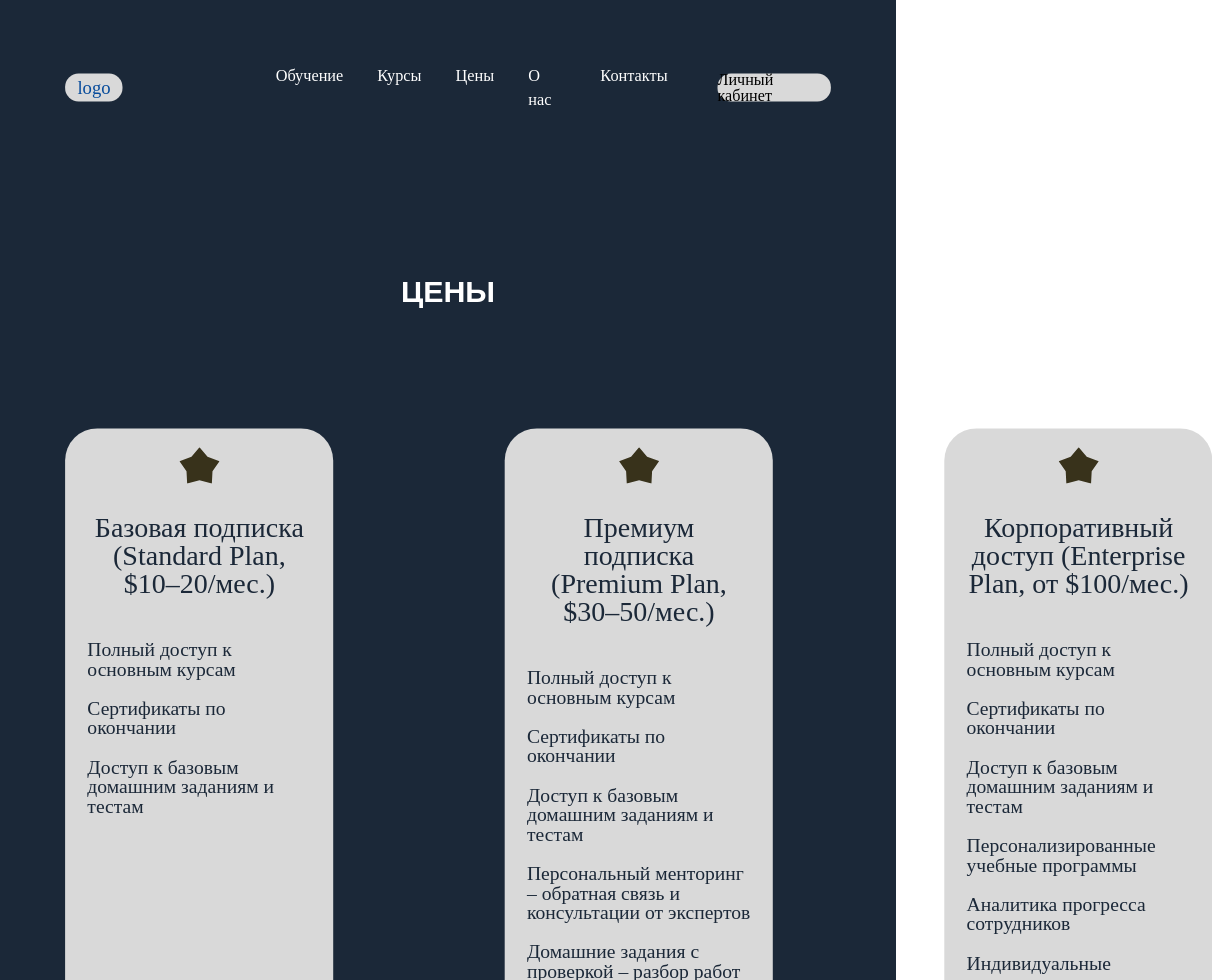
Repository: marjango/course
Page: /pricepage
These files come from the project's save history. The page is drawn as it stood at one moment and after the next save; the edit follows.
The browser window is 1280 px wide. The page is 1732 px wide, then 1280 px, then 1732 px, so the pictures cover 1732 px, including what lies to the right of the window. The pictures show the part of the page from y = 0 to 1400 px (the page is 2405 px tall before and 1818 px after), at 70% of full size.
The project was rebuilt for these pictures with package versions that can differ from the ones it lists, and the page was loaded fresh each time. The framework's server and built-in components were replaced by stand-ins that run in the browser. Also part of the build but not shown: next.config.ts.

Above is the page before, as saved 2025-03-26 21:31:26.

After the next save:
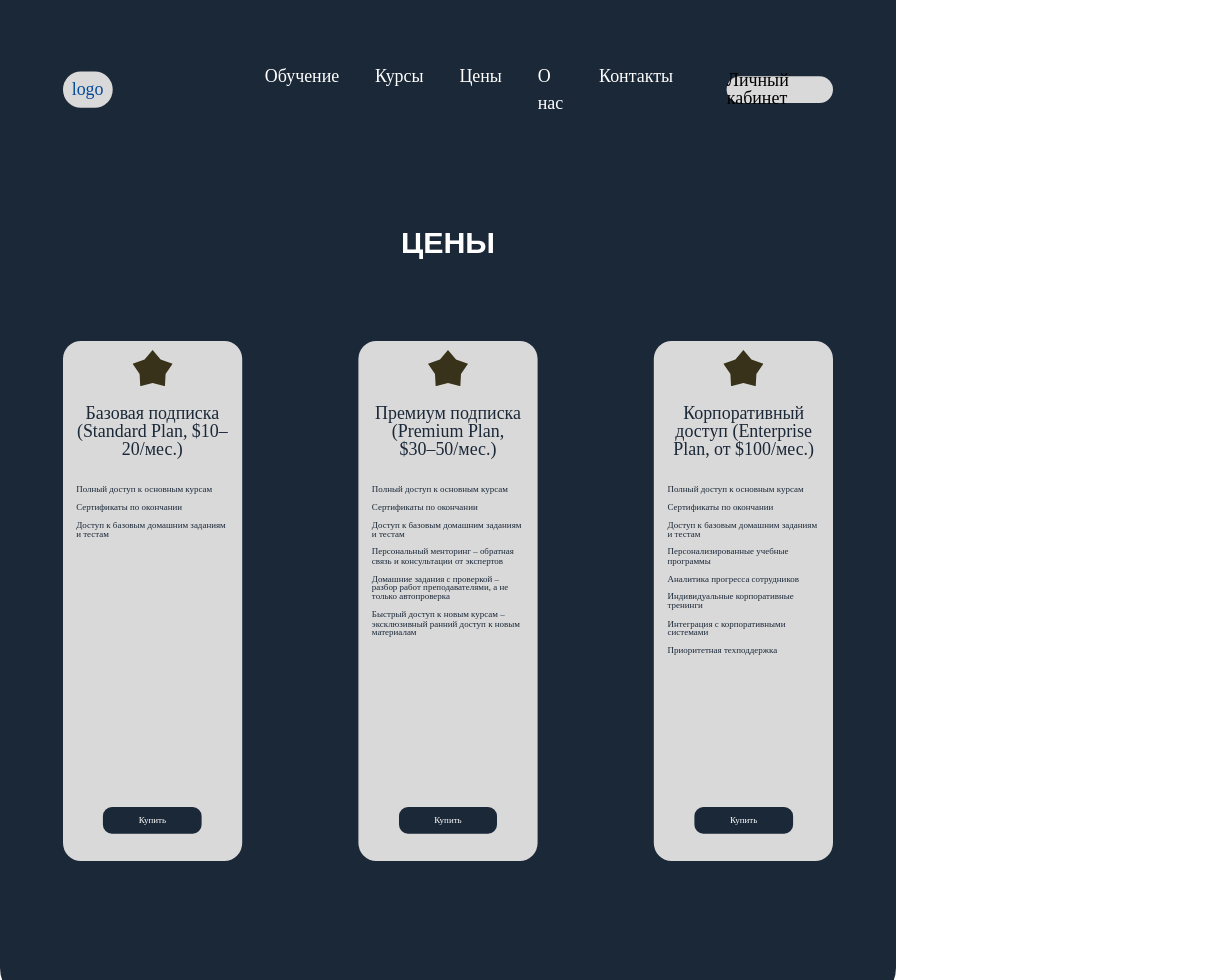
Saved 119 s later.
--- a/app/pricepage/price.module.css
+++ b/app/pricepage/price.module.css
@@ -1,18 +1,18 @@
 .pricepage {
     width: 100%;
     height: auto;
-    padding: 7.03vw 7.29vw 300px 7.29vw;
+    padding: 7vw 7vw 16vw 7vw;
     background-color: #1b2838;
     display: flex;
     flex-direction: column;
     align-items: center;
     color: white;
-    border-bottom-right-radius: 4.17vw;
-    border-bottom-left-radius: 4.17vw;
+    border-bottom-right-radius: 4vw;
+    border-bottom-left-radius: 4vw;
 }
 .pricepage h1 {
-    margin-top: 230px;
-    margin-bottom: 170px;
+    margin-top: 12vw;
+    margin-bottom: 9vw;
 }
 .headerContainer {
     background: transparent;
@@ -23,89 +23,89 @@
   }
 
   .logo {
-    padding: 0.52vw 1.35vw;
+    padding: 1vw 1vw;
     background-color: #d9d9d9;
     border: none;
-    border-radius: 1.51vw;
+    border-radius: 2vw;
     color: #064b9b;
-    font-size: 2.08vw;
-    line-height: 2.08vw;
+    font-size: 2vw;
+    line-height: 2vw;
     font-weight: 300;
   }
 
   .nav {
-    margin-left: 17.08vw;
+    margin-left: 17vw;
     justify-self: center;
-    font-size: 1.82vw;
+    font-size: 2vw;
     font-weight: 300;
     display: flex;
-    gap: 3.8vw;
+    gap: 4vw;
   }
 
   .personal {
-    margin-left: 5.57vw;
+    margin-left: 6vw;
     background-color: #d9d9d9;
-    width: 12.66vw;
-    height: 3.13vw;
+    width: 13vw;
+    height: 3vw;
     display: flex;
     justify-content: center;
     align-items: center;
     border: none;
-    border-radius: 1.51vw;
+    border-radius: 2vw;
     color: black;
-    font-size: 1.8vw;
-    line-height: 1.8vw;
+    font-size: 2vw;
+    line-height: 2vw;
     font-weight: 300;
   }
 
 .columns {
     margin: 0 auto;
     display: flex;
-    gap: 245px;
+    gap: 13vw;
 }
 .column {
     background-color: #D9D9D9;
-    border-radius: 46px;
+    border-radius: 2vw;
     display: flex;
     flex-direction: column;
     align-items: center;
-    width: 383px;
-    height: 1114px;
+    width: 20vw;
+    height: 58vw;
     color: #1b2838;
     position: relative;
 }
 .column img {
-    margin-top: 27px;
-    margin-bottom: 43px;
+    margin-top: 1vw;
+    margin-bottom: 2vw;
 }
 
 .column h3 {
-    font-size: 40px;
-    line-height: 40px;
+    font-size: 2vw;
+    line-height: 2vw;
     font-weight: 300;
     text-align: center;
-    max-width: 320px;
+    max-width: 17vw;
 }
 .column ul{
-    max-width: 320px;
-    font-size: 28px;
-    line-height: 28px;
-    margin-top: 60px;
+    max-width: 17vw;
+    font-size: 1vw;
+    line-height: 1vw;
+    margin-top: 3vw;
 }
 .column button {
     position: absolute;
-    width: 203px;
-    height: 63px;
+    width: 11vw;
+    height: 3vw;
     background-color: #1b2838;
     color: white;
-    font-size: 28px;
+    font-size: 1vw;
     border: none;
-    border-radius: 14px;
-    bottom: 60px;
+    border-radius: 1vw;
+    bottom: 3vw;
 }
 
 .white-footer {
-    padding: 6.51vw 8.28vw 4.79vw 7.97vw;
+    padding: 7vw 8vw 5vw 8vw;
     width: 100%;
     height: auto;
     background-color: white;
@@ -115,14 +115,14 @@
     grid-template-columns: 1fr 1fr;
     grid-template-rows: 1fr 1fr;
     position: relative;
-    height: 18.33vw;
+    height: 18vw;
   }
   .item {
     position: absolute;
   }
   .item p {
-    font-size: 1.67vw;
-    line-height: 1.67vw;
+    font-size: 2vw;
+    line-height: 2vw;
     font-weight: 300;
     color: #1b2838;
   }
@@ -134,7 +134,7 @@
   .item:nth-child(2) {
     top: 0;
     right: 0;
-    margin-top: 3.44vw;
+    margin-top: 3vw;
   }
   .item:nth-child(3) {
     bottom: 0;
@@ -151,16 +151,16 @@
     background-position: center;
     background-repeat: no-repeat;
     width: 23vw;
-    height: 11.51vw;
+    height: 12vw;
   }
 
   .footerLogo {
-    width: 6.15vw;
-    height: 3.13vw;
+    width: 6vw;
+    height: 3vw;
     border: none;
-    border-radius: 1.51vw;
-    font-size: 2.08vw;
-    line-height: 2.08vw;
+    border-radius: 2vw;
+    font-size: 2vw;
+    line-height: 2vw;
     font-weight: 300;
     color: #064b9b;
     background-color: #d9d9d9;

After the save that followed:
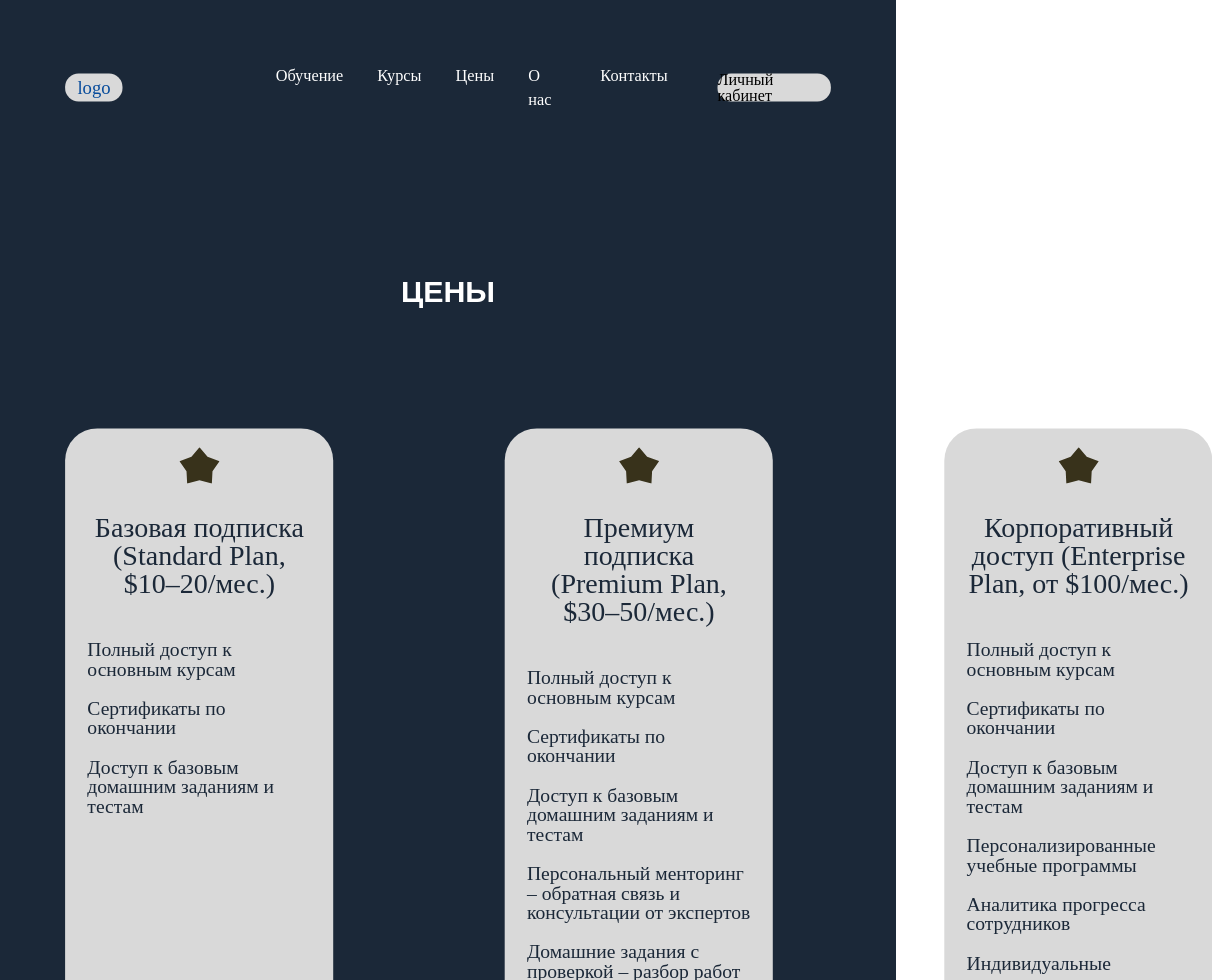
Saved 119 s later.
--- a/app/pricepage/price.module.css
+++ b/app/pricepage/price.module.css
@@ -1,18 +1,18 @@
 .pricepage {
     width: 100%;
     height: auto;
-    padding: 7vw 7vw 16vw 7vw;
+    padding: 7.03vw 7.29vw 300px 7.29vw;
     background-color: #1b2838;
     display: flex;
     flex-direction: column;
     align-items: center;
     color: white;
-    border-bottom-right-radius: 4vw;
-    border-bottom-left-radius: 4vw;
+    border-bottom-right-radius: 4.17vw;
+    border-bottom-left-radius: 4.17vw;
 }
 .pricepage h1 {
-    margin-top: 12vw;
-    margin-bottom: 9vw;
+    margin-top: 230px;
+    margin-bottom: 170px;
 }
 .headerContainer {
     background: transparent;
@@ -23,89 +23,89 @@
   }
 
   .logo {
-    padding: 1vw 1vw;
+    padding: 0.52vw 1.35vw;
     background-color: #d9d9d9;
     border: none;
-    border-radius: 2vw;
+    border-radius: 1.51vw;
     color: #064b9b;
-    font-size: 2vw;
-    line-height: 2vw;
+    font-size: 2.08vw;
+    line-height: 2.08vw;
     font-weight: 300;
   }
 
   .nav {
-    margin-left: 17vw;
+    margin-left: 17.08vw;
     justify-self: center;
-    font-size: 2vw;
+    font-size: 1.82vw;
     font-weight: 300;
     display: flex;
-    gap: 4vw;
+    gap: 3.8vw;
   }
 
   .personal {
-    margin-left: 6vw;
+    margin-left: 5.57vw;
     background-color: #d9d9d9;
-    width: 13vw;
-    height: 3vw;
+    width: 12.66vw;
+    height: 3.13vw;
     display: flex;
     justify-content: center;
     align-items: center;
     border: none;
-    border-radius: 2vw;
+    border-radius: 1.51vw;
     color: black;
-    font-size: 2vw;
-    line-height: 2vw;
+    font-size: 1.8vw;
+    line-height: 1.8vw;
     font-weight: 300;
   }
 
 .columns {
     margin: 0 auto;
     display: flex;
-    gap: 13vw;
+    gap: 245px;
 }
 .column {
     background-color: #D9D9D9;
-    border-radius: 2vw;
+    border-radius: 46px;
     display: flex;
     flex-direction: column;
     align-items: center;
-    width: 20vw;
-    height: 58vw;
+    width: 383px;
+    height: 1114px;
     color: #1b2838;
     position: relative;
 }
 .column img {
-    margin-top: 1vw;
-    margin-bottom: 2vw;
+    margin-top: 27px;
+    margin-bottom: 43px;
 }
 
 .column h3 {
-    font-size: 2vw;
-    line-height: 2vw;
+    font-size: 40px;
+    line-height: 40px;
     font-weight: 300;
     text-align: center;
-    max-width: 17vw;
+    max-width: 320px;
 }
 .column ul{
-    max-width: 17vw;
-    font-size: 1vw;
-    line-height: 1vw;
-    margin-top: 3vw;
+    max-width: 320px;
+    font-size: 28px;
+    line-height: 28px;
+    margin-top: 60px;
 }
 .column button {
     position: absolute;
-    width: 11vw;
-    height: 3vw;
+    width: 203px;
+    height: 63px;
     background-color: #1b2838;
     color: white;
-    font-size: 1vw;
+    font-size: 28px;
     border: none;
-    border-radius: 1vw;
-    bottom: 3vw;
+    border-radius: 14px;
+    bottom: 60px;
 }
 
 .white-footer {
-    padding: 7vw 8vw 5vw 8vw;
+    padding: 6.51vw 8.28vw 4.79vw 7.97vw;
     width: 100%;
     height: auto;
     background-color: white;
@@ -115,14 +115,14 @@
     grid-template-columns: 1fr 1fr;
     grid-template-rows: 1fr 1fr;
     position: relative;
-    height: 18vw;
+    height: 18.33vw;
   }
   .item {
     position: absolute;
   }
   .item p {
-    font-size: 2vw;
-    line-height: 2vw;
+    font-size: 1.67vw;
+    line-height: 1.67vw;
     font-weight: 300;
     color: #1b2838;
   }
@@ -134,7 +134,7 @@
   .item:nth-child(2) {
     top: 0;
     right: 0;
-    margin-top: 3vw;
+    margin-top: 3.44vw;
   }
   .item:nth-child(3) {
     bottom: 0;
@@ -151,16 +151,16 @@
     background-position: center;
     background-repeat: no-repeat;
     width: 23vw;
-    height: 12vw;
+    height: 11.51vw;
   }
 
   .footerLogo {
-    width: 6vw;
-    height: 3vw;
+    width: 6.15vw;
+    height: 3.13vw;
     border: none;
-    border-radius: 2vw;
-    font-size: 2vw;
-    line-height: 2vw;
+    border-radius: 1.51vw;
+    font-size: 2.08vw;
+    line-height: 2.08vw;
     font-weight: 300;
     color: #064b9b;
     background-color: #d9d9d9;
